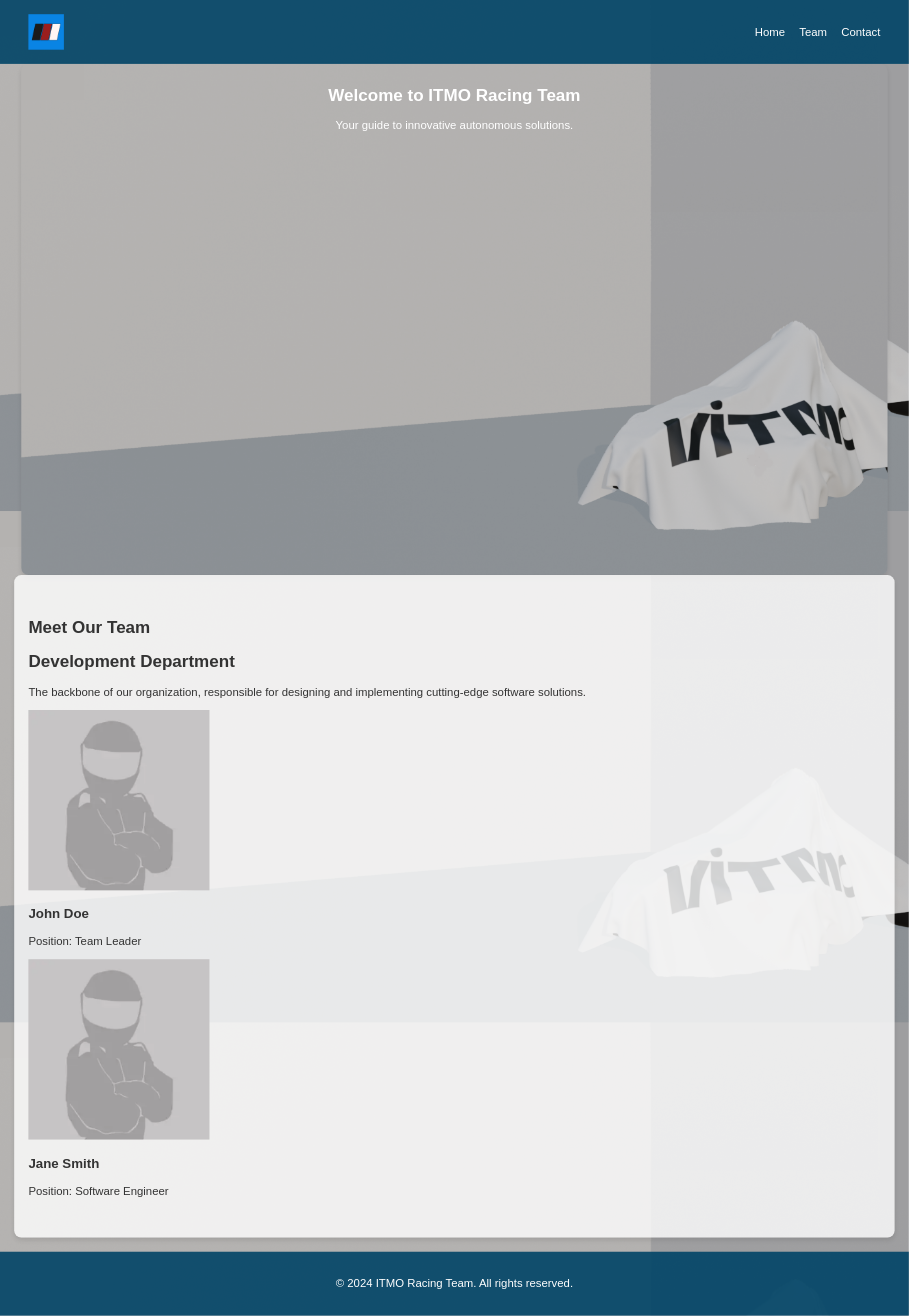
Repository: fs-itmo/fs-itmo.github.io
Page: team.html
The author's editor kept a copy of each file at every save. The page is drawn from the files as they stood at one save, then again after the next save.
The browser window is 1280 px wide. The pictures show the whole page, at 71% of full size.
Backgrounds fixed to the window are drawn as part of the page.

Above is the page before, as saved 2024-12-30 14:21:10.

After the next save:
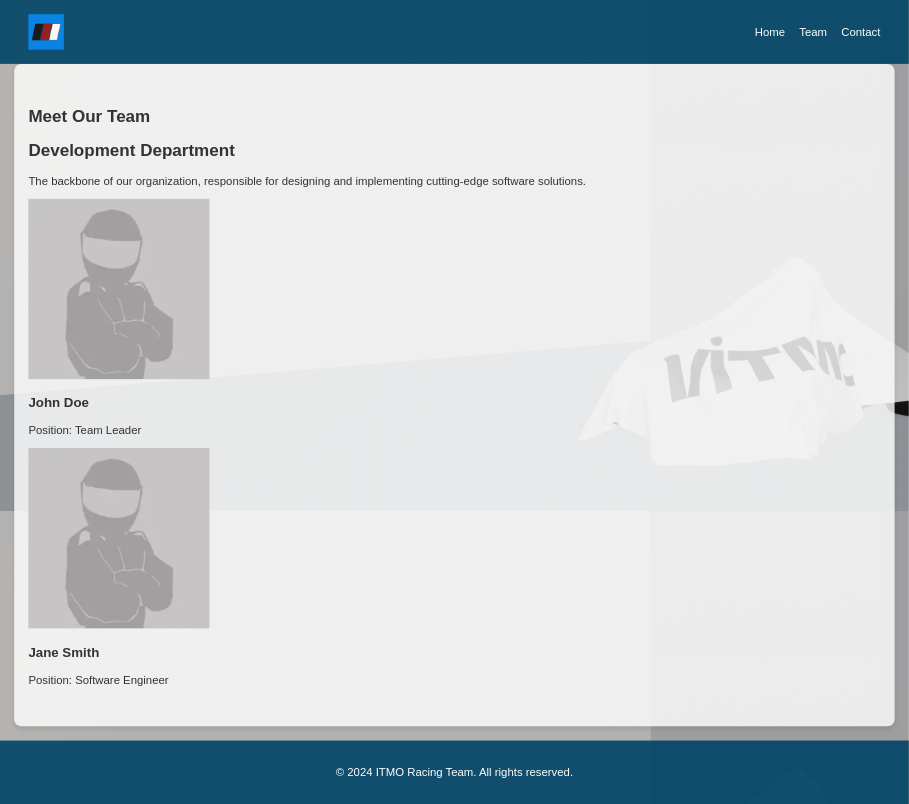
Saved 2 min 13 s later.
--- a/team.html
+++ b/team.html
@@ -20,10 +20,10 @@
         </div>
     </header>
 
-    <section id="home">
+    <!-- <section id="home">
         <h1>Welcome to ITMO Racing Team</h1>
         <p>Your guide to innovative autonomous solutions.</p>
-    </section>
+    </section> -->
 
     <section class="team-section">
         <h1>Meet Our Team</h1>
